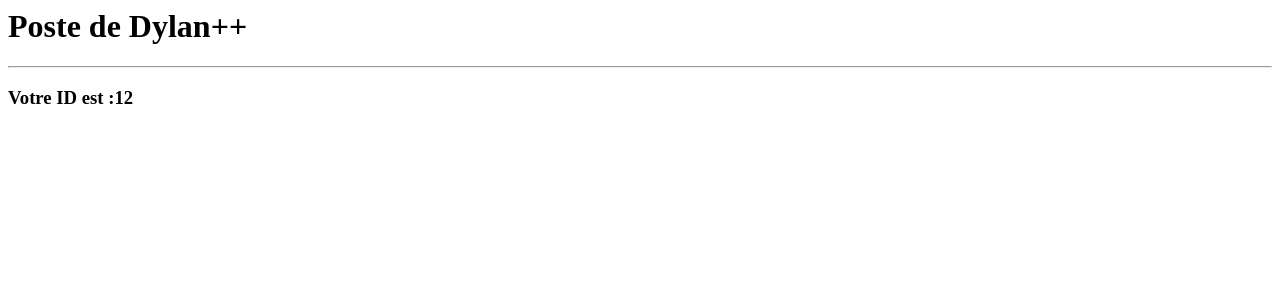
Repository: DylanCahu/cookie
Page: http://localhost/Cookies/connect.php
An editor plug-in stored every save of this project. The page is shown before and after the next save, followed by the edit.
The browser window is 1280 px wide. The pictures show the whole page.
The page is run by PHP 8.4 with error messages shown; the project is at /var/www/html/.

Above is the page before, as saved 2021-12-13 08:46:22.

### connect.php
<html>
    <head>
        <title>Index Cookies</title>
        <meta charset="utf-8">

    </head>

    <body>
        <h1>Poste de Dylan++</h1>
        <hr>
<?php
//Permet le croisement des cookies
session_set_cookie_params(['samesite' => 'None']);
session_start();

//génération cookie
$numClient = rand(0,20) ;
setcookie("numClient", $numClient, time()+3600  );
echo("<h3>Votre ID est :" .$numClient."</h2>");
?>

</body>
</html>

After the next save:
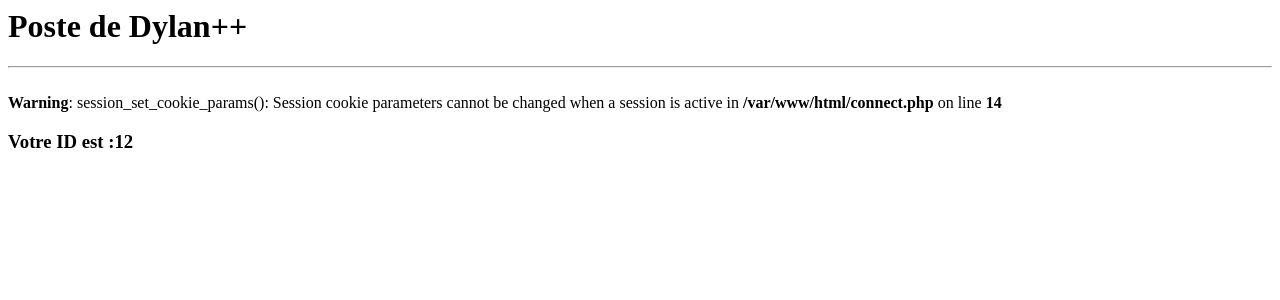
Saved 8 min 12 s later.
--- a/connect.php
+++ b/connect.php
@@ -10,13 +10,14 @@
         <hr>
 <?php
 //Permet le croisement des cookies
+session_start();
 session_set_cookie_params(['samesite' => 'None']);
-session_start();
+
 
 //génération cookie
-$numClient = rand(0,20) ;
-setcookie("numClient", $numClient, time()+3600  );
-echo("<h3>Votre ID est :" .$numClient."</h2>");
+$numClient = rand(0, 20);
+setcookie("numClient", $numClient, time() + 3600);
+echo ("<h3>Votre ID est :" . $numClient . "</h2>");
 ?>
 
 </body>
